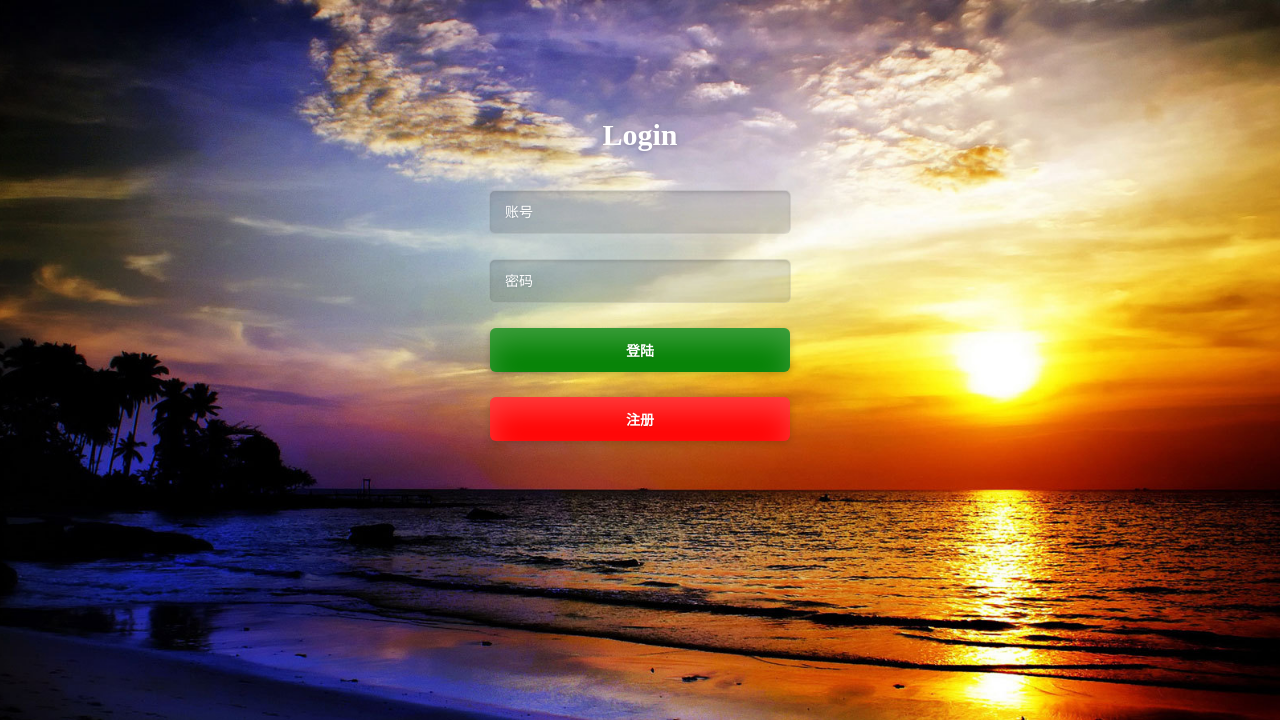
Repository: SUT-GC/myblog
Page: http://localhost/myblog/jsp/login/login.jsp
These files come from the project's save history. The page is drawn as it stood at one moment and after the next save; the edit follows.
The browser window is 1280 px wide. The pictures show the whole page.
Some web libraries are served in a nearby version. The page is served by Tomcat 9.

Above is the page before, as saved 2015-10-02 01:58:54.
Console error: SyntaxError: Unexpected token ';'

After the next save:
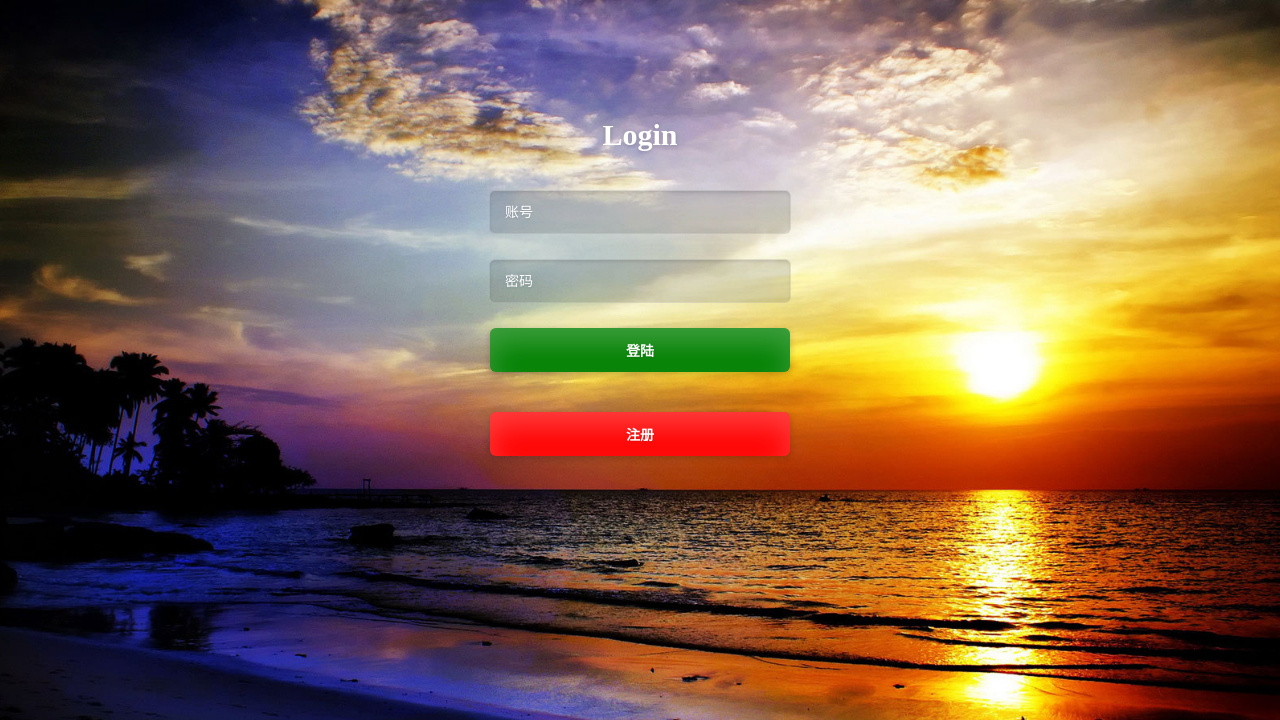
Saved 40 s later.
--- a/javaee_workspace/myblog/WebContent/jsp/login/login.jsp
+++ b/javaee_workspace/myblog/WebContent/jsp/login/login.jsp
@@ -44,8 +44,10 @@
 
                 <button id="submit" type="button">登陆</button>
 
-            	<button id="register" type="button" onclick="toRegister()">注册</button>
-            </form>
+           	</form>
+	            <form action="../registered/registered.html" method="post">
+	            	<button id="register" type="button" onclick="toRegister()">注册</button>
+	            </form>
             <div class="connect">
                 <p>You cannot improve your past, but you can improve your future. </p>
 				<p style="margin-top:20px;">你不能改变你的过去，但你可以让你的未来变得更美好。</p>
